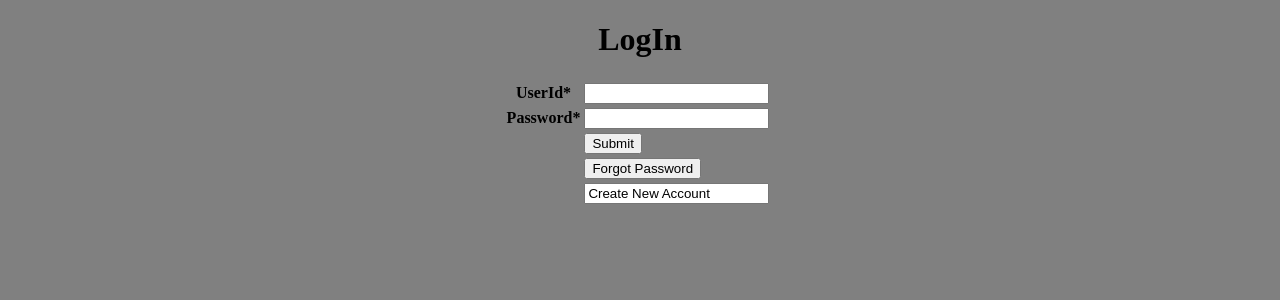
Repository: raviraj226/AdvanceJava
Page: http://localhost/Ravi_Maven/LoginWeb.jsp
The author's editor kept a copy of each file at every save. The page is drawn from the files as they stood at one save, then again after the next save.
The browser window is 1280 px wide. The pictures show the whole page.
The page is served by Tomcat 9. Other server files are loaded and not shown.

Above is the page before, as saved 2022-03-16 08:32:57.

### Advance Java/Ravi_Maven/src/main/webapp/LoginWeb.jsp
<%@ page language="java" contentType="text/html; charset=ISO-8859-1"
	pageEncoding="ISO-8859-1"%>
<!DOCTYPE html>
<html>
<head>
<meta charset="ISO-8859-1">
<title>Insert title here</title>
</head>
<body bgcolor="grey">
	<form action="LoginCtl" method="post">
		<table align="center">


			<h1 align="center">LogIn</h1>
			<%
				String error = (String) request.getAttribute("error");
				if (error != null) {
			%>
			<center>
				<font color="maroon"><%=error%></font>
			</center>
			<%
				}
			%>

			<tr>
				<th>UserId*</th>
				<td><input type="text" name="user"></td>
				<td>
					<%
						String errorlogin = (String) request.getAttribute("errorlogin");
						if (errorlogin != null) {
					%>
					<center>
						<font color="maroon"><%=errorlogin%></font>
					</center> <%
 	}
 %>
				</td>
			</tr>


			<th>Password*</th>
			<td><input type="password" name="pwd"></td>
			<td>
				<%
					String s2 = (String) request.getAttribute("errorpass");
					if (s2 != null) {
				%>
				<center>
					<font color="maroon"><%=s2%></font>
				</center> <%
 	}
 %>
			</td>


			<tr>
				<th></th>
				<td><input type="Submit" name="op" value="Submit"></input></td>
			</tr>


			<tr>
				<th></th>
				<td><input type="submit" value="Forgot Password"></td>
			</tr>

			<tr>
				<th></th>
				<td><a href="RegistrationForm.jsp"><input value="Create New Account"></a></td>
			</tr>


		</table>
	</form>
</body>
</html>

After the next save:
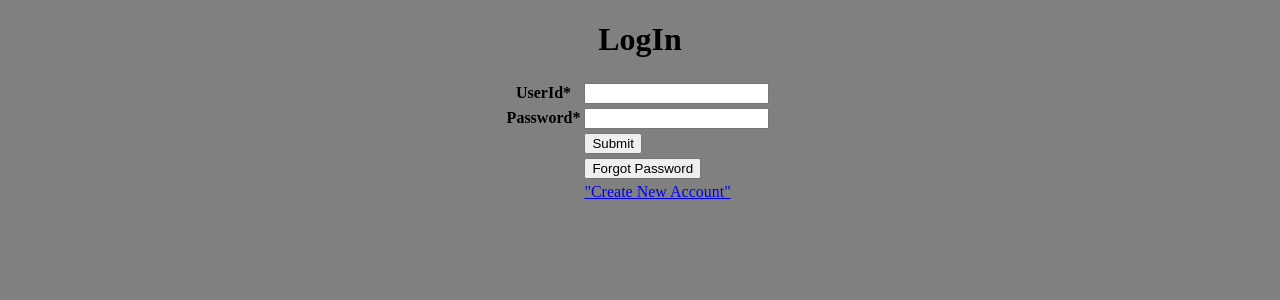
Saved 56 s later.
--- a/Advance Java/Ravi_Maven/src/main/webapp/LoginWeb.jsp
+++ b/Advance Java/Ravi_Maven/src/main/webapp/LoginWeb.jsp
@@ -68,7 +68,7 @@
 
 			<tr>
 				<th></th>
-				<td><a href="RegistrationForm.jsp"><input value="Create New Account"></a></td>
+				<td><a href="RegistrationForm.jsp">"Create New Account"</a></td>
 			</tr>
 
 
